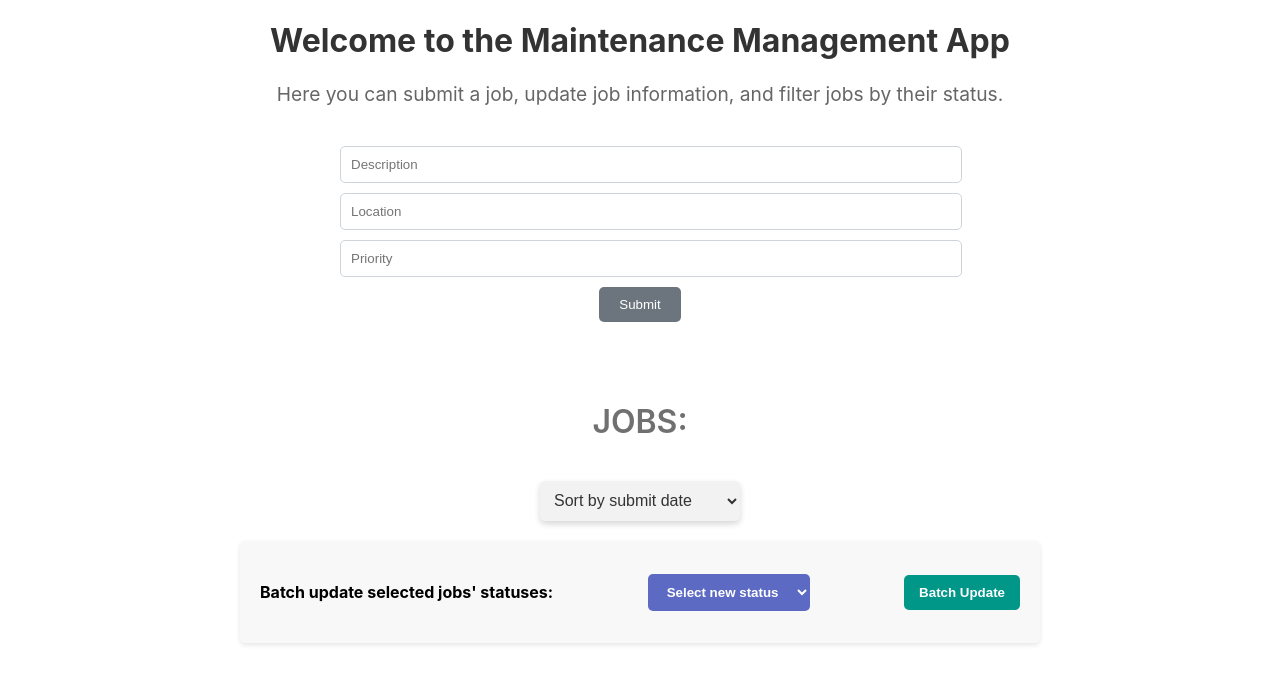
Repository: mikasteyn999/Maintenance-Manager-App
Page: / (app in frontend/)
The author's editor kept a copy of each file at every save. The page is drawn from the files as they stood at one save, then again after the next save.
The browser window is 1280 px wide. The pictures show the whole page.
The page's requests for data from a server got no answer. The project was rebuilt for these pictures with package versions that can differ from the ones it lists, and the page was loaded fresh each time. No one was signed in, and anything a server would have sent is missing. Also part of the build but not shown: frontend/src/style/Job.css, frontend/src/components/Job.js, frontend/src/style/JobUpdateForm.css, frontend/src/components/JobUpdateForm.js.

Above is the page before, as saved 2023-06-01 12:52:10.

### frontend/src/App.js
// Import necessary libraries and components
import React from 'react';
import Router from './Router';
import './style/App.css'

// Define the App component
// This component uses the Router component to handle routing
const App = () => {
  return (
    <div className="app">
      <h1 className="app-title">Welcome to the Maintenance Management App</h1> {/* Welcome title */}
      <p className="app-instructions">Here you can submit a job, update job information, and filter jobs by their status.</p> {/* Instructions */}
      <Router /> {/* Use Router component for handling routes */}
    </div>
  );
}

// Export the App component
export default App;

### frontend/src/Router.js
// Import necessary libraries and components
import React from 'react';
import { BrowserRouter as Router, Route, Routes } from 'react-router-dom';
import Home from './components/Home';
import JobForm from './components/JobForm';
import JobsList from './components/JobsList';
import JobUpdateForm from './components/JobUpdateForm'

// Define the Router component
// This component defines the routes for the React app
// The Home component (which contains both the JobForm and JobsList components) is displayed when the path is exactly "/"
// The JobForm component is displayed when the path is "/submit"
// The JobsList component is displayed when the path is "/jobs"
const AppRouter = () => {
    return (
        <Router>
            <Routes>
                <Route path="/" element={<Home />} /> {/* Home route */}
                <Route path="/submit" element={<JobForm />} /> {/* Job submission route */}
                <Route path="/jobs" element={<JobsList />} /> {/* Jobs listing route */}
                <Route path="/edit/:id" element={<JobUpdateForm />} />
            </Routes>
        </Router>
    );
};

// Export the Router component
export default AppRouter;

### frontend/src/style/App.css
/* App.css */

.app {
  text-align: center;
}

.app-title {
  font-size: 2em;
  color: #333;
  text-align: center;
}

.app-instructions {
  font-size: 1.2em;
  color: #666;
  margin-bottom: 20px;
  text-align: center;
}

/* style the form container */
.app .job-form {
  max-width: 600px;  /* limit the width */
  margin: 0 auto;   /* center the form */
  padding: 20px;    /* add some padding */
}

/* style the jobs list container */
.app .jobs-list {
  max-width: 800px;  /* limit the width */
  margin: 0 auto;   /* center the jobs list */
  padding: 20px;    /* add some padding */
}

### frontend/src/components/Home.js
// Import necessary components
import React from 'react';
import JobForm from './JobForm';
import JobsList from './JobsList';

// Define the Home component
// This component contains the job submission form and job listings
const Home = () => {
  return (
    <div className="home">
      <JobForm /> {/* Job submission form */}
      <JobsList /> {/* Job listings */}
    </div>
  );
}

// Export the Home component
export default Home;

### frontend/src/components/JobForm.js
// Import React
import React, { useState } from 'react';
import '../style/JobForm.css'; // Import the CSS

// Define the JobForm component. This component will contain a form that allows users to submit a new job.
// The component has a local state, job, which is updated every time the user types in one of the form inputs.
// The handleChange function updates the job state.
// The handleSubmit function makes a POST request to the /jobs route to submit the new job.
const JobForm = () => {
    const [job, setJob] = useState({ description: '', location: '', priority: '' });

    const handleChange = (e) => {
      setJob({ ...job, [e.target.name]: e.target.value });
    };

    const handleSubmit = async (e) => {
      e.preventDefault();
      const response = await fetch('/jobs', {
        method: 'POST',
        headers: {
          'Content-Type': 'application/json',
        },
        body: JSON.stringify(job),
      });
      const data = await response.json();
      console.log(data);
    };

    return (
      <form className="job-form" onSubmit={handleSubmit}>
        <input type="text" name="description" value={job.description} onChange={handleChange} placeholder="Description" />
        <input type="text" name="location" value={job.location} onChange={handleChange} placeholder="Location" />
        <input type="text" name="priority" value={job.priority} onChange={handleChange} placeholder="Priority" />
        <button type="submit">Submit</button>
      </form>
    );
  };

  export default JobForm;

### frontend/src/components/JobsList.js
//Import react & job component
import React, { useEffect, useState } from 'react';
import Job from './Job';
import '../style/JobsList.css';

// Define the JobsList component. This component will fetch a list of jobs from the server and display each one using the Job component.
// The component has a local state, jobs, which is an array of jobs.
// The useEffect hook is used to fetch the jobs when the component is first rendered.
// The fetchJobs function makes a GET request to the /jobs route to fetch the list of jobs.
// Each job is then displayed using the Job component.
const JobsList = () => {
    const [jobs, setJobs] = useState([]);
    const [sortOrder, setSortOrder] = useState("date"); // Add state for sort order. By default, it's set to 'date'
    const [selectedJobs, setSelectedJobs] = useState([]);
    const [filterStatus, setFilterStatus] = useState(""); // Add state for status filter

    useEffect(() => {
      const fetchJobs = async () => {
        let url = `http://localhost:5000/api/jobs?sort=${sortOrder}`;
        if (filterStatus) url += `&status=${filterStatus}`; // Add status query parameter if a status filter is selected
        const response = await fetch(url);
        const data = await response.json();
        setJobs(data);
      };
      fetchJobs();
    }, [sortOrder, filterStatus]); // Update useEffect dependencies to include filterStatus

    const handleSortChange = (event) => {
      setSortOrder(event.target.value); // When user selects a new sort order, update the sortOrder state
    };

    // Function for catch updates
    const handleBatchUpdate = async () => {
      const status = document.getElementById('batchStatusUpdate').value;
      if (!status) {
        console.error('No status selected for batch update');
        return;
      }
      if (selectedJobs.length === 0) {
        console.error('No jobs selected for batch update');
        return;
      }
      try {
        const response = await fetch('/api/jobs/batch', {
          method: 'PUT',
          headers: {
            'Content-Type': 'application/json',
          },
          body: JSON.stringify({ jobIds: selectedJobs, status }),
        });
        if (response.ok) {
          console.log('Batch update successful');
          setSelectedJobs([]); // Clear selected jobs after successful update
        } else {
          console.error('Failed to batch update jobs');
        }
      } catch (error) {
        console.error(`An error occurred: ${error}`);
      }
    };


    return (
      <div className='jobs-list'>
        <div className='jobs-header'>JOBS:</div>

        <select className='select-sort' value={sortOrder} onChange={handleSortChange}> {/* Add select element for sort order */}
          <option value="date">Sort by submit date</option>
          <option value="status">Sort by status</option>
        </select>
        {/* Batch update */}
        <div className='batch-update'>
          <h4>Batch update selected jobs' statuses:</h4>
          <select id="batchStatusUpdate" name="batchStatusUpdate">
            <option value="">Select new status</option>
            <option value="status1">Submitted</option>
            <option value="status2">In Progress</option>
            <option value="status2">Completed</option>
          </select>
          <button onClick={handleBatchUpdate}>Batch Update</button>
        </div>
        {jobs.map((job) => (
          <Job key={job._id} job={job} selectedJobs={selectedJobs} setSelectedJobs={setSelectedJobs} />
        ))}
      </div>
    );
};

export default JobsList;

### frontend/src/style/JobForm.css
.job-form {
    margin-bottom: 20px;
}

.job-form input {
    display: block;
    width: 100%;
    padding: 10px;
    margin-bottom: 10px;
    border: 1px solid #ced4da;
    border-radius: 5px;
}

.job-form button {
    padding: 10px 20px;
    border: none;
    border-radius: 5px;
    background-color: #6c757d;
    color: #fff;
    cursor: pointer;
}

### frontend/src/style/JobsList.css
.jobs-list {
    max-width: 600px;
    margin: 0 auto;
    padding: 20px;
}

.jobs-header {
    font-size: xx-large;
    padding: 5%;
    font-weight: 600;
    color: rgb(112, 112, 112);
}

/* Style the select element */
.select-sort {
    width: 200px;
    height: 40px;
    border: none;
    border-radius: 5px;
    padding: 5px 10px;
    margin-bottom: 20px;
    box-shadow: 0 3px 6px 0 rgba(0,0,0,0.16);
    font-size: 16px;
    color: #333;
    background-color: #f2f2f2;
    transition: background-color 0.3s ease;
}

/* Style the options inside the select element */
.select-sort option {
    color: #333;
    background-color: #f2f2f2;
}

/* Change the background color of the select when it's focused */
.select-sort:focus {
    background-color: #e6e6e6;
}

.batch-update {
    display: flex;
    align-items: center;
    justify-content: space-between;
    padding: 20px;
    margin-bottom: 20px;
    background-color: #f8f8f8;
    border-radius: 5px;
    box-shadow: 0 2px 5px rgba(0,0,0,0.1);
}

.batch-update select,
.batch-update button {
    padding: 10px 15px;
    border: none;
    border-radius: 5px;
    background-color: #5c6ac4;
    color: white;
    font-weight: bold;
    cursor: pointer;
}

.batch-update button {
    background-color: #009688;
}

.batch-update button:hover {
    background-color: #00796b;
}

Loaded but not shown: frontend/public/index.html (common file); frontend/src/index.js (common file); frontend/src/index.css (common file); frontend/src/reportWebVitals.js (common file)

After the next save:
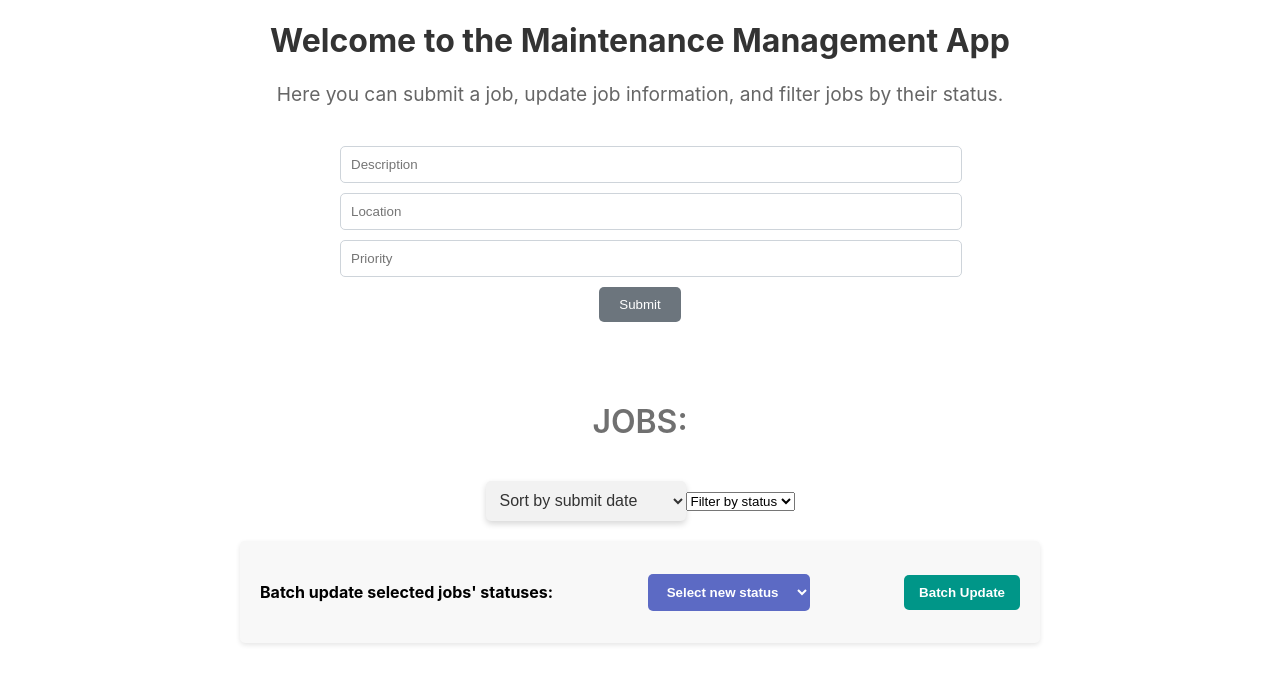
Saved 2 min 28 s later.
--- a/frontend/src/components/JobsList.js
+++ b/frontend/src/components/JobsList.js
@@ -64,10 +64,20 @@ const JobsList = () => {
       <div className='jobs-list'>
         <div className='jobs-header'>JOBS:</div>
 
-        <select className='select-sort' value={sortOrder} onChange={handleSortChange}> {/* Add select element for sort order */}
+        {/* Add sort order dropdown */}
+        <select className='select-sort' value={sortOrder} onChange={handleSortChange}>
           <option value="date">Sort by submit date</option>
           <option value="status">Sort by status</option>
         </select>
+
+        {/* Add status filter dropdown */}
+        <select className='select-filter' value={filterStatus} onChange={(e) => setFilterStatus(e.target.value)}>
+          <option value="">Filter by status</option>
+          <option value="Submitted">Submitted</option>
+          <option value="In Progress">In Progress</option>
+          <option value="Completed">Completed</option>
+        </select>
+
         {/* Batch update */}
         <div className='batch-update'>
           <h4>Batch update selected jobs' statuses:</h4>
@@ -79,6 +89,7 @@ const JobsList = () => {
           </select>
           <button onClick={handleBatchUpdate}>Batch Update</button>
         </div>
+        {/* List the jobs */}
         {jobs.map((job) => (
           <Job key={job._id} job={job} selectedJobs={selectedJobs} setSelectedJobs={setSelectedJobs} />
         ))}
